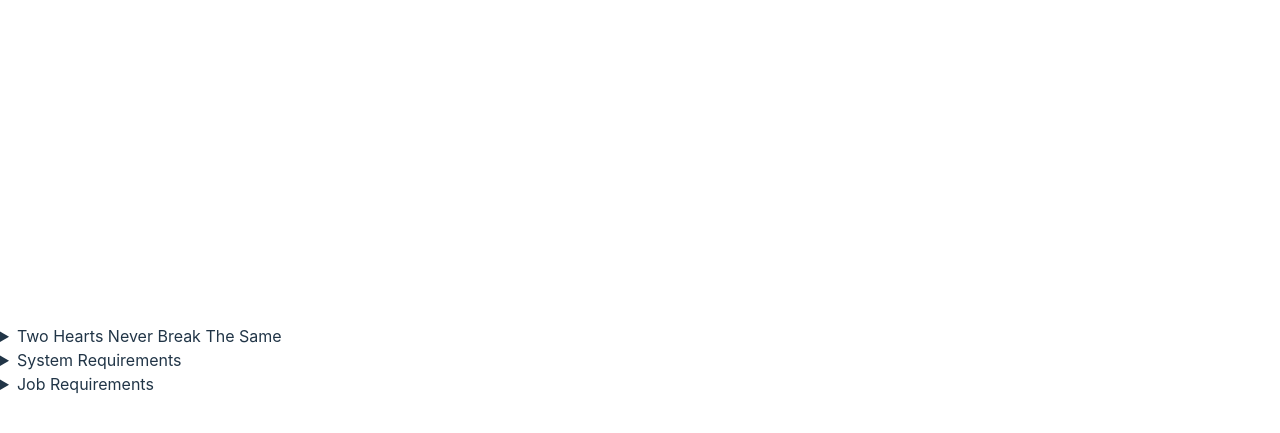
Repository: GavinPahal/my_app
Page: / (app in react/)
These files come from the project's save history. The page is drawn as it stood at one moment and after the next save; the edit follows.
The browser window is 1280 px wide. The pictures show the whole page.
The project was rebuilt for these pictures with package versions that can differ from the ones it lists, and the page was loaded fresh each time. Also part of the build but not shown: react/vite.config.js.

Above is the page before, as saved 2024-09-14 01:54:49.

After the next save:
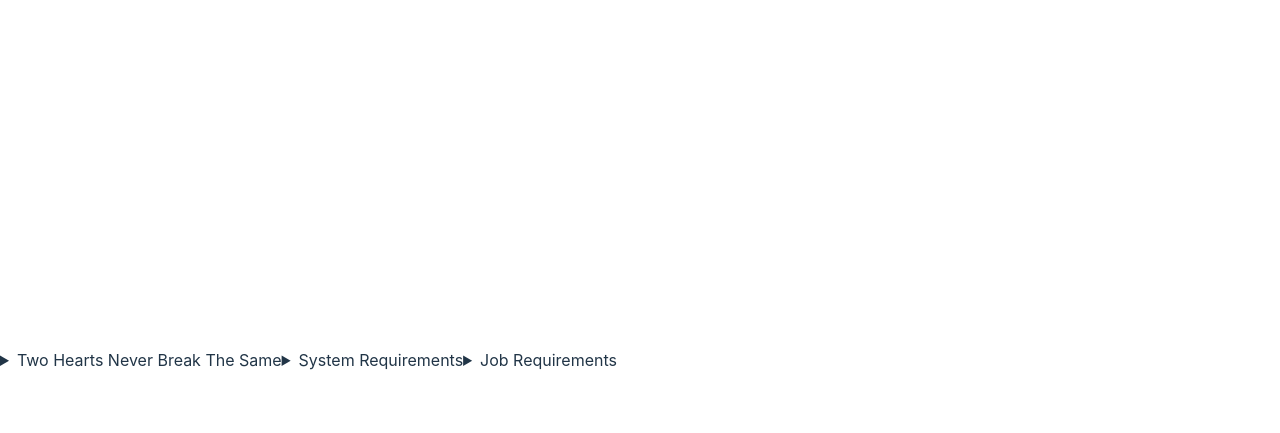
Saved 80 s later.
--- a/react/src/App.jsx
+++ b/react/src/App.jsx
@@ -7,7 +7,7 @@
 
   return (
     <>
-    <div>
+    <div className='album'>
       <details name="reqs">
   <summary>Two Hearts Never Break The Same</summary>
   <ol>
